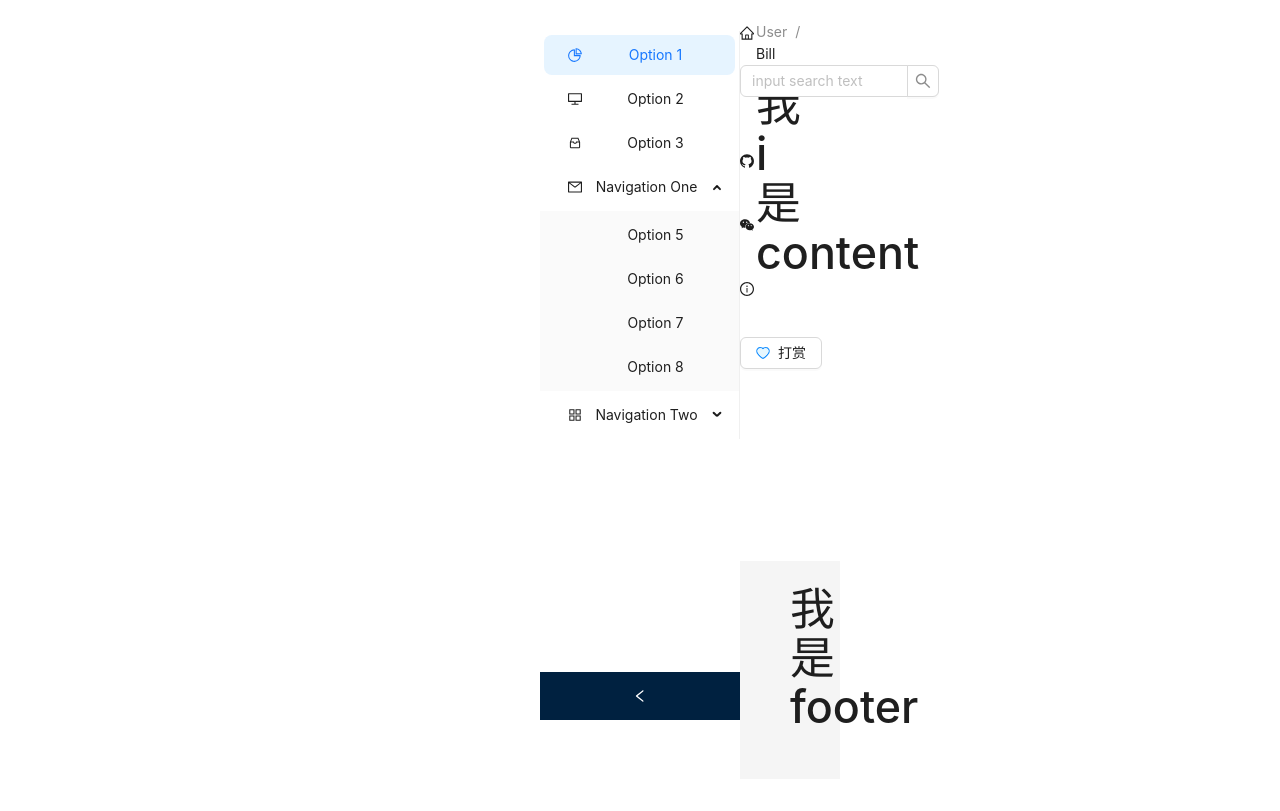
Repository: chenyl8848/chen-tool-collection
Page: /
These files come from the project's save history. The page is drawn as it stood at one moment and after the next save; the edit follows.
The browser window is 1280 px wide. The pictures show the whole page.
The project was rebuilt for these pictures with package versions that can differ from the ones it lists, and the page was loaded fresh each time. Also part of the build but not shown: vite.config.ts, src/components/HelloWorld.vue.

Above is the page before, as saved 2024-01-09 11:42:10.

### src/main.ts
import { createApp } from 'vue'
import './style.css'

// import Antd from 'ant-design-vue';
import 'ant-design-vue/dist/reset.css';

import App from './App.vue'

const app = createApp(App)

// app.use(Antd)

app.mount('#app')

### src/App.vue
<script setup lang="ts">
import Layout from '@/layout/index.vue';
</script>

<template>
  <div>
    <Layout></Layout>
  </div>
</template>

<style scoped>
</style>

### src/layout/index.vue
<script lang="ts" setup>

import Siderbar from '@/layout/siderbar/index.vue'
import Header from '@/layout/header/index.vue'
import Content from '@/layout/content/index.vue'
import Footer from '@/layout/footer/index.vue'

</script>

<template>
    <a-layout class="layout">
        <a-layout-sider v-model:collapsed="collapsed" collapsible class="layout-siderbar">
            <Siderbar></Siderbar>
        </a-layout-sider>
        <a-layout>
            <a-layout-header class="layout-header">
                <Header></Header>
            </a-layout-header>
            <a-layout-content class="layout-content">
                <Content></Content>
            </a-layout-content>
            <a-layout-footer class="layout-footer">
                <Footer></Footer>
            </a-layout-footer>
        </a-layout>
    </a-layout>
</template>

<style scoped>
.layout {
    min-height: 100vh;

}

.layout-siderbar {
    background-color: white;

}

.layout-header {
    background: #fff;
    padding: 0
}

.layout-content {
    margin: 0 16px;
}

.layout-footer {
    text-align: center
}
</style>

### src/layout/siderbar/index.vue
<script lang="ts" setup>
import Logo from '@/layout/siderbar/logo/index.vue'
import Menu from '@/layout/siderbar/menu/index.vue'
</script>

<template>
  <div>
    <div class="logo">
      <Logo></Logo>
    </div>
    <Menu></Menu>
  </div>
</template>

<style scoped>
.logo {
  padding: 5px;
  height: 90px;
}
</style>

### src/layout/header/index.vue
<script lang="ts" setup>
import { h } from 'vue';
import {
  HomeOutlined,
  GithubOutlined,
  WechatOutlined,
  InfoCircleOutlined,
  HeartTwoTone
} from '@ant-design/icons-vue';
</script>

<template>
  <div>
    <a-flex gap="middle" vertical>
      <a-radio-group v-model:value="value">
        <a-radio value="horizontal">horizontal</a-radio>
        <a-radio value="vertical">vertical</a-radio>
      </a-radio-group>
      <a-flex :vertical="value === 'vertical'">
        <div v-for="(item, index) in new Array(4)" :key="item"
          :style="{ ...baseStyle, background: `${index % 2 ? '#1677ff' : '#1677ffbf'}` }" />
      </a-flex>
    </a-flex>
    <home-outlined />
    <a-input-search v-model:value="value" placeholder="input search text" style="width: 200px" @search="onSearch" />
    <github-outlined />
    <wechat-outlined />
    <info-circle-outlined />
    <a-button :icon="h(HeartTwoTone)" href="https://www.google.com">打赏</a-button>
  </div>
</template>

### src/layout/content/index.vue
<script lang="ts" setup>
import Breadcrumb from '@/layout/content/breadcrumb.vue'
</script>

<template>
  <Breadcrumb></Breadcrumb>
  <div class="content">
    <h1>我i是content</h1>
  </div>
</template>

<style scoped>
.content {
  padding: '24px';
  background: white;
  min-height: 480px
}
</style>

### src/layout/footer/index.vue
<script lang="ts" setup>

</script>

<template>
  <div>
    <h1>我是footer</h1>
  </div>
</template>

### src/layout/siderbar/logo/index.vue
<script lang="ts" setup>

</script>

<template>
  <div>
    <h1>我是logo</h1>
  </div>
</template>

### src/layout/siderbar/menu/index.vue
<template>
    <div>
      <a-menu
        v-model:openKeys="state.openKeys"
        v-model:selectedKeys="state.selectedKeys"
        mode="inline"
        :inline-collapsed="state.collapsed"
        :items="items"
      ></a-menu>
    </div>
  </template>
  <script lang="ts" setup>
  import { reactive, watch, h } from 'vue';
  import {
    MenuFoldOutlined,
    MenuUnfoldOutlined,
    PieChartOutlined,
    MailOutlined,
    DesktopOutlined,
    InboxOutlined,
    AppstoreOutlined,
  } from '@ant-design/icons-vue';
  const state = reactive({
    collapsed: false,
    selectedKeys: ['1'],
    openKeys: ['sub1'],
    preOpenKeys: ['sub1'],
  });
  const items = reactive([
    {
      key: '1',
      icon: () => h(PieChartOutlined),
      label: 'Option 1',
      title: 'Option 1',
    },
    {
      key: '2',
      icon: () => h(DesktopOutlined),
      label: 'Option 2',
      title: 'Option 2',
    },
    {
      key: '3',
      icon: () => h(InboxOutlined),
      label: 'Option 3',
      title: 'Option 3',
    },
    {
      key: 'sub1',
      icon: () => h(MailOutlined),
      label: 'Navigation One',
      title: 'Navigation One',
      children: [
        {
          key: '5',
          label: 'Option 5',
          title: 'Option 5',
        },
        {
          key: '6',
          label: 'Option 6',
          title: 'Option 6',
        },
        {
          key: '7',
          label: 'Option 7',
          title: 'Option 7',
        },
        {
          key: '8',
          label: 'Option 8',
          title: 'Option 8',
        },
      ],
    },
    {
      key: 'sub2',
      icon: () => h(AppstoreOutlined),
      label: 'Navigation Two',
      title: 'Navigation Two',
      children: [
        {
          key: '9',
          label: 'Option 9',
          title: 'Option 9',
        },
        {
          key: '10',
          label: 'Option 10',
          title: 'Option 10',
        },
        {
          key: 'sub3',
          label: 'Submenu',
          title: 'Submenu',
          children: [
            {
              key: '11',
              label: 'Option 11',
              title: 'Option 11',
            },
            {
              key: '12',
              label: 'Option 12',
              title: 'Option 12',
            },
          ],
        },
      ],
    },
  ]);
  watch(
    () => state.openKeys,
    (_val, oldVal) => {
      state.preOpenKeys = oldVal;
    },
  );
  const toggleCollapsed = () => {
    state.collapsed = !state.collapsed;
    state.openKeys = state.collapsed ? [] : state.preOpenKeys;
  };
  </script>

### src/layout/content/breadcrumb.vue
<template>
    <a-breadcrumb class="breadcrumb">
        <a-breadcrumb-item>User</a-breadcrumb-item>
        <a-breadcrumb-item>Bill</a-breadcrumb-item>
    </a-breadcrumb>
</template>

<style scoped>
.breadcrumb {
    margin: 16px 0
}
</style>

Loaded but not shown: index.html (common file); src/style.css (common file)

After the next save:
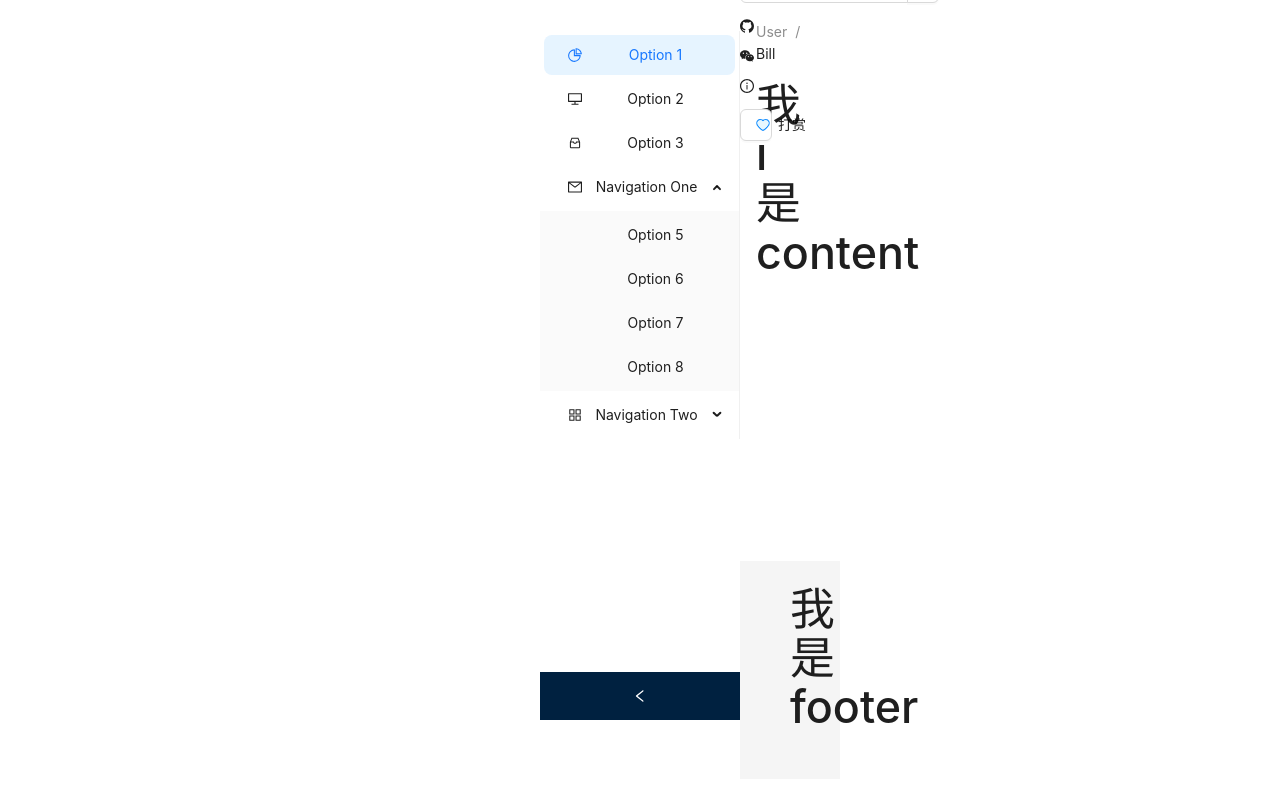
Saved 44 s later.
--- a/src/layout/header/index.vue
+++ b/src/layout/header/index.vue
@@ -12,20 +12,12 @@
 <template>
   <div>
     <a-flex gap="middle" vertical>
-      <a-radio-group v-model:value="value">
-        <a-radio value="horizontal">horizontal</a-radio>
-        <a-radio value="vertical">vertical</a-radio>
-      </a-radio-group>
-      <a-flex :vertical="value === 'vertical'">
-        <div v-for="(item, index) in new Array(4)" :key="item"
-          :style="{ ...baseStyle, background: `${index % 2 ? '#1677ff' : '#1677ffbf'}` }" />
-      </a-flex>
+      <home-outlined />
+      <a-input-search v-model:value="value" placeholder="input search text" style="width: 200px" @search="onSearch" />
+      <github-outlined />
+      <wechat-outlined />
+      <info-circle-outlined />
+      <a-button :icon="h(HeartTwoTone)" href="https://www.google.com">打赏</a-button>
     </a-flex>
-    <home-outlined />
-    <a-input-search v-model:value="value" placeholder="input search text" style="width: 200px" @search="onSearch" />
-    <github-outlined />
-    <wechat-outlined />
-    <info-circle-outlined />
-    <a-button :icon="h(HeartTwoTone)" href="https://www.google.com">打赏</a-button>
   </div>
 </template>
